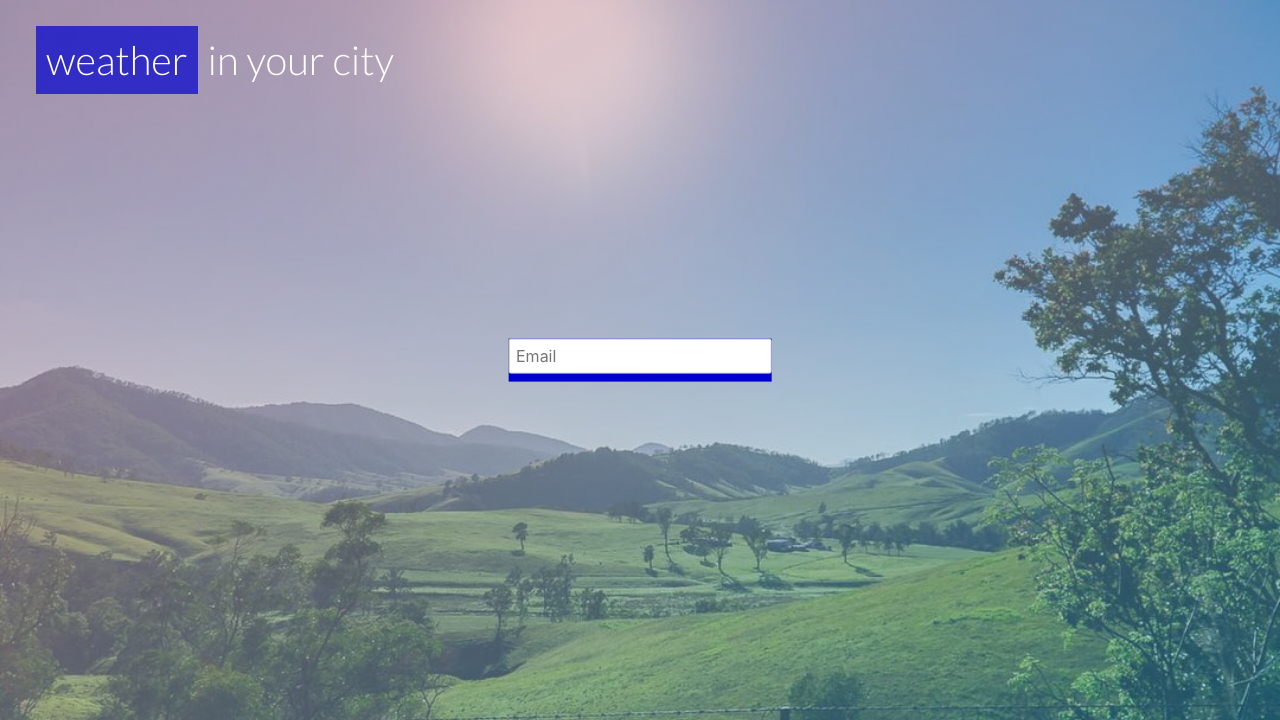
Repository: nosplashurinal/weather-app
Page: /
The author's editor kept a copy of each file at every save. The page is drawn from the files as they stood at one save, then again after the next save.
The browser window is 1280 px wide. The pictures show the whole page.
The project was rebuilt for these pictures with package versions that can differ from the ones it lists, and the page was loaded fresh each time. Also part of the build but not shown: src/components/RecentSearches.vue, src/components/Search.vue, src/components/WeatherDataBlock.vue, src/components/Login.vue.

Above is the page before, as saved 2018-12-31 02:39:08.

### public/index.html
<!DOCTYPE html>
<html lang="en">

<head>
	<meta charset="utf-8">
	<meta http-equiv="X-UA-Compatible" content="IE=edge">
	<meta name="viewport" content="width=device-width,initial-scale=1.0">
	<link rel="icon" href="<%= BASE_URL %>favicon.ico">
	<link href="https://fonts.googleapis.com/css?family=Lato:300,400" rel="stylesheet">
	<title>weather-app</title>
</head>

<body>
	<noscript>
		<strong>We're sorry but weather-app doesn't work properly without JavaScript enabled. Please enable it to continue.</strong>
	</noscript>
	<div id="app"></div>
	<!-- built files will be auto injected -->
</body>

</html>

### src/App.vue
<template>
  <div class="root-container">
    <div class="bg" v-bind:style="{backgroundImage: `url(${bg})`}"></div>
    <div class="overlay"></div>
    <div class="title">
      <span>weather</span>
      <span>in your city</span>
    </div>
    <Login v-if="!loginSuccess && !showRegistration" v-on:on-login="attemptLogin" />
    <Registration v-if="showRegistration" />
    <div v-if="loginSuccess" class="search-container" v-bind:class="{resultActive: showResults}">
      <Search
        v-bind:message="message"
        v-bind:showLoading="isLoadingResults"
        v-bind:isError="isError"
        v-on:on-key-press="onClickSearch"
        v-on:on-change="onInputChange"
      />
      <transition name="ease">
        <div class="results-container" v-if="showResults">
          <WeatherDataBlock v-bind:weatherData="weatherData"/>
        </div>
      </transition>
    </div>
  </div>
</template>

<script>
import Search from "./components/Search.vue";
import WeatherDataBlock from "./components/WeatherDataBlock.vue";
import Login from "./components/Login.vue";
import Registration from "./components/Registration.vue";
import axios from "axios";

export default {
  name: "app",
  components: {
    Search,
    WeatherDataBlock,
    Login,
    Registration
  },
  data() {
    return {
      currentQueryValue: null,
      results: [],
      showResults: false,
      address: null,
      isError: false,
      message: null,
      searchQuery: null,
      isLoadingResults: false,
      units: "metric",
      weatherData: undefined,
      bg: "/images/bg.jpg",
      weatherBg: null,
      screenWidth: window.innerWidth,
      screenHeight: window.innerHeight,
      showRegistration: false,
      loginSuccess: false
    };
  },
  created: function() {
    if (!JSON.parse(window.localStorage.getItem("user"))) {
      this.showRegistration = true;
    }
  },
  mounted: function() {
    if (JSON.parse(window.localStorage.getItem("searches"))) {
      this.validateRecentSearches();
    }
  },
  watch: {
    async searchQuery(newQuery) {
      let storedWeatherData;
      this.showResults = false;

      // Check if anything is saved in localStorage
      if (window.localStorage.getItem("searches")) {
        // Now, check if the current query matches anything in localStorage
        storedWeatherData = this.getFromLocalStorage(newQuery);
      } else {
        // Create an empty object in localStorage
        window.localStorage.setItem("searches", null);
      }
      if (storedWeatherData) {
        this.isLoadingResults = true;
        // Translate localStorage data into the format needed to display the data
        setTimeout(
          () =>
            (this.weatherData = this.parseStoredWeatherData(
              storedWeatherData.result
            )),
          0.0001
        );
      } else {
        this.isLoadingResults = true;
        try {
          let weatherData = await this.fetchWeatherDataForCity(
            this.searchQuery
          );
          const formattedData = this.parseApiResponse(newQuery, weatherData);
          this.pushDataToLocalStorage(formattedData);
          this.weatherData = formattedData.result;
        } catch {
          this.isLoadingResults = false;
          this.isError = true;
        }
      }
    },
    weatherData() {
      this.isLoadingResults = false;
      this.showResults = true;
      this.changeBackgroundImage();
    }
  },
  methods: {
    async validateRecentSearches() {
      let storedData = window.localStorage.getItem("searches");
      let storedDataObject = JSON.parse(storedData);
      let promiseArray = [];
      let newDataObject = [];
      storedDataObject.forEach(({ result }) => {
        promiseArray.push(this.fetchWeatherDataForCity(result.name));
      });
      let responseArray = await Promise.all(promiseArray);
      responseArray.forEach((data, index) => {
        const formattedData = this.parseApiResponse(
          storedDataObject[index].query,
          data
        );
        newDataObject.push(formattedData);
      });
      window.localStorage.setItem("searches", JSON.stringify(newDataObject));
    },
    timeDifferenceBetwenNowAndDate(d) {
      const date = new Date(d * 1000);
      const now = new Date();
      return (now.getTime() - date.getTime()) / (1000 * 60);
    },
    attemptLogin(e) {
      const user = window.localStorage.getItem("user");
      if (user === e) {
        this.loginSuccess = true;
      }
    },
    onInputChange() {
      if (this.isError) this.isError = false;
    },
    pushDataToLocalStorage(newDataItem) {
      let storedData = window.localStorage.getItem("searches");
      let storedDataObject = JSON.parse(storedData);
      let newDataObject = [];
      if (storedDataObject) {
        newDataObject = [...storedDataObject, newDataItem];
      } else {
        newDataObject.push(newDataItem);
      }
      window.localStorage.setItem("searches", JSON.stringify(newDataObject));
    },
    parseApiResponse(query, data) {
      return {
        query,
        result: {
          id: data.sys.id,
          temp: data.main.temp,
          name: data.name,
          country: data.sys.country,
          icon: data.weather[0].icon,
          description: data.weather[0].description,
          date: data.dt,
          humidity: data.wind.speed,
          wind: data.main.humidity
        }
      };
    },
    parseStoredWeatherData(data) {
      return {
        name: data.name,
        country: data.country,
        humidity: data.humidity,
        temp: data.temp,
        wind: data.wind,
        icon: data.icon,
        description: data.description,
        date: data.date
      };
    },
    getFromLocalStorage(i) {
      const localStorage = window.localStorage;
      const searchObject = JSON.parse(localStorage.getItem("searches"));
      if (searchObject) {
        return searchObject.find(item => item.query === i);
      } else {
        return null;
      }
    },
    onClickSearch(e) {
      this.searchQuery = e;
    },
    fetchWeatherDataForCity(city) {
      return new Promise((resolve, reject) => {
        axios
          .get(
            `http://api.openweathermap.org/data/2.5/weather?q=${city}&APPID=7c519880689160b16f5d233f16f2868d${
              this.units === "metric" ? "&units=metric" : ""
            }`
          )
          .then(response => {
            if (response.status === 404) {
              reject(response.err);
            } else {
              resolve(response.data);
            }
          })
          .catch(() => {
            this.isError = true;
            this.isLoadingResults = false;
            return;
          });
      });
    },
    changeBackgroundImage() {
      var newImg = new Image();
      newImg.onload = () => (this.bg = newImg.src);
      newImg.src = `https://loremflickr.com/1920/1080/${
        this.weatherData.description
      }`;
    }
  }
};
</script>

<style lang="scss" src="@/styles/app.scss">
</style>

### src/styles/app.scss
@import "./global.scss";
@import "./constants.scss";

.root-container {
  width: 100%;
  height: auto;
  overflow-y: scroll;
  overflow-x: hidden;
  font-size: 16px;
}
.bg {
  position: absolute;
  background-repeat: no-repeat;
  background-size: cover;
  background-position: center;
  -webkit-transition: background-image 500ms ease-in-out;
  transition: background-image 500ms ease-in-out;
  width: 100%;
  height: 100%;
}
.overlay {
  position: absolute;
  width: 100%;
  height: 100%;
  background-image: linear-gradient(
    to bottom right,
    rgba(230, 154, 154, 0.65),
    rgba(44, 181, 232, 0.4)
  );
}
.title {
  position: absolute;
  top: 36px;
  left: 36px;
  width: auto;
  height: auto;
  text-align: center;
  font-size: 2.5em;
  color: #fff;
  font-family: $font-primary;
  font-weight: 100;
  > span {
    padding: 0.25em;
    &:nth-child(1) {
      background-color: rgba($blue, 0.7);
    }
  }
}
.search-container {
  position: absolute;
  top: 50%;
  transform: translate(-50%, -50%);
  left: 50%;
  .results-container {
    margin-top: 4em;
    z-index: 9;
  }
}
.ease-enter-active,
.ease-leave-active {
  transition: all 900ms cubic-bezier(0, 0.57, 0.01, 0.97);
}
.ease-enter, .ease-leave-to /* .fade-leave-active below version 2.1.8 */ {
  opacity: 0;
  transform: scale(0.9) translate(0, 50px);
}

### src/styles/global.scss
html, body {
	position: relative;
	width: 100%;
	height: 100%;
}

body {
	color: #333;
	margin: 0;
	padding: 0;
	box-sizing: border-box;
	font-family: -apple-system, BlinkMacSystemFont, "Segoe UI", Roboto, Oxygen-Sans, Ubuntu, Cantarell, "Helvetica Neue", sans-serif;
}

a {
	color: rgb(0,100,200);
	text-decoration: none;
}

a:hover {
	text-decoration: underline;
}

a:visited {
	color: rgb(0,80,160);
}

label {
	display: block;
}

input, button, select, textarea {
	font-family: inherit;
	font-size: inherit;
	padding: 0.4em;
	margin: 0 0 0.5em 0;
	box-sizing: border-box;
	border: 1px solid #ccc;
	border-radius: 2px;
}

input:disabled {
	color: #ccc;
}

button {
	background-color: #f4f4f4;
	outline: none;
}

button:active {
	background-color: #ddd;
}

button:focus {
	border-color: #666;
}

p {
	margin: 0;
	padding: 0;
}

ul {
	list-style: none;
}
input:focus {
	outline: 0;
}

### src/styles/constants.scss
$blue: rgb(0, 0, 205);
$font-primary: "Lato", sans-serif;

### src/components/Registration.vue
<template>
  <div class="registration">
    <p>Registration</p>
    <div class="registration">
      <transition name="slide-away">
        <input placeholder="Email" autocomplete="off" type="email" name="email" class="email" id="email">
      </transition>
    </div>
  </div>
</template>
<script>
export default {
  name: "Registration",
  methods: {}
};
</script>
<style lang="scss" src="@/styles/registration.scss">
</style>

### src/styles/registration.scss
@import "./constants.scss";

.registration {
  position: absolute;
  top: 50%;
  transform: translate(-50%, -50%);
  left: 50%;
  background: $blue;
  color: #fff;
}

Loaded but not shown: src/main.js (common file)

After the next save:
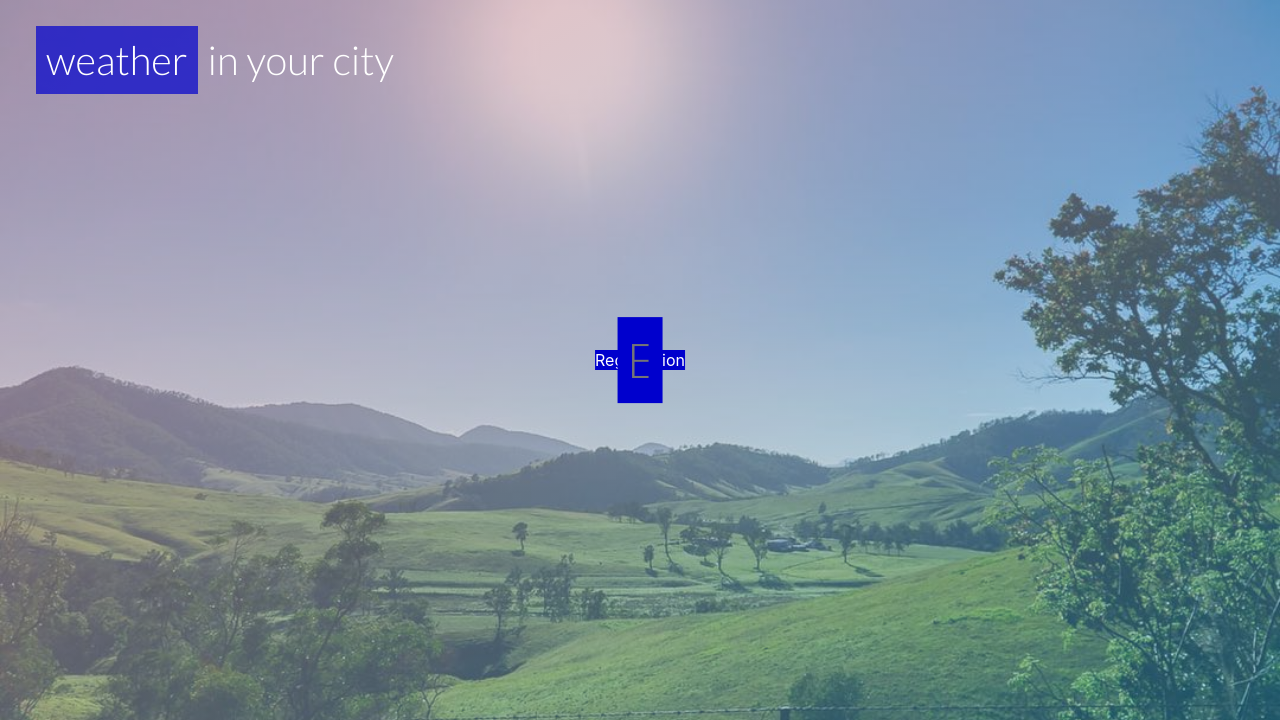
Saved 3 s later.
--- a/src/styles/registration.scss
+++ b/src/styles/registration.scss
@@ -7,4 +7,23 @@
   left: 50%;
   background: $blue;
   color: #fff;
+  input {
+    color: rgba(255, 255, 255, 1);
+    background: transparent;
+    border: 0;
+    font-size: 3em;
+    font-family: "Lato", sans-serif;
+    font-weight: 300;
+    margin: 0;
+    width: 100%;
+    height: auto;
+    padding: 0.3em;
+    padding-left: 0.2em;
+    &::focus {
+      background: transparent;
+      border: none;
+      outline: none;
+      box-shadow: none;
+    }
+  }
 }
